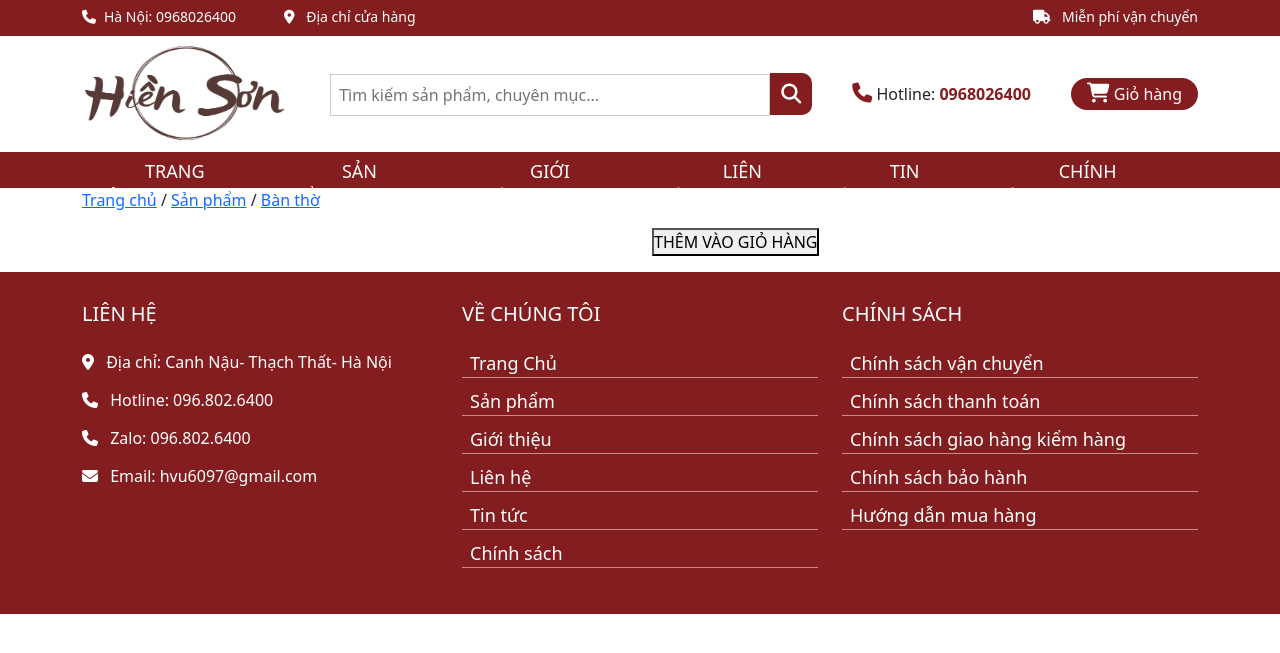
Repository: hoang28092000/do_go_hien_son
Page: product_details/ban_tho-g001.html
An editor plug-in stored every save of this project. The page is shown before and after a run of saves, followed by the edit.
The browser window is 1280 px wide. The pictures show the whole page.
Some web libraries are served in a nearby version.

Above is the page before, as saved 2024-08-10 18:31:23.

### product_details/ban_tho-g001.html
<!DOCTYPE html>
<html lang="en">
<head>
    <meta charset="UTF-8">
    <meta name="viewport" content="width=device-width, initial-scale=1.0">
    <link rel="stylesheet" href="../asset/style.css">
    <link rel="stylesheet" href="https://cdnjs.cloudflare.com/ajax/libs/font-awesome/6.6.0/css/all.min.css" integrity="sha512-Kc323vGBEqzTmouAECnVceyQqyqdsSiqLQISBL29aUW4U/M7pSPA/gEUZQqv1cwx4OnYxTxve5UMg5GT6L4JJg==" crossorigin="anonymous" referrerpolicy="no-referrer" />
    <link href="https://cdn.jsdelivr.net/npm/bootstrap@5.3.3/dist/css/bootstrap.min.css" rel="stylesheet" integrity="sha384-QWTKZyjpPEjISv5WaRU9OFeRpok6YctnYmDr5pNlyT2bRjXh0JMhjY6hW+ALEwIH" crossorigin="anonymous">
    <title>Bàn thờ gia tiên G001</title>
</head>
<body>
    <div id="header">
        <div class="top_header">
            <div class="container">
                <div class=" d-flex align-items-center justify-content-between pt-1">
                    <div class="d-flex">
                        <p class="mb-0 me-5"><a href="" class="txt-th">
                            <i class="fa-solid fa-phone icon-th pe-2"></i>Hà Nội: 0968026400
                        </a></p>
                        <p class="mb-0"><a href="" class="txt-th">
                            <i class="fa-solid fa-location-dot icon-th pe-2"></i>
                        Địa chỉ cửa hàng</a></p>
                    </div>
                    <p class="mb-0"><a href="" class="txt-th">
                        <i class="fa-solid fa-truck icon-th pe-2"></i>
                    Miễn phí vận chuyển</a></p>
                </div>
            </div>
        </div>
    </div>

        <div class="main_header py-2">
            <div class="container">
                <ul class="d-flex justify-content-between align-items-center ps-0 mb-0">
                    <li class="logo-hs">
                        <a href="../index.html"><img src="../asset/image/logo_1.png" class="logo-hd" alt=""></a>
                    </li>
                    <li class="search-hd">
                        <input type="text" class="input-search-hd" placeholder="Tìm kiếm sản phẩm, chuyên mục..."><i class="fa-solid fa-magnifying-glass icon-search_hd"></i>
                    </li>

                    <li class="contact-hd">
                        <i class="fa-solid fa-phone icon-hd "></i>
                        <span class="txt-hd">Hotline: <b style="color: #831d1f;">0968026400</b></span>
                    </li>

                    <li class="cart-hd">
                        <p class="mb-0 cart-list py-1 px-3">
                            <i class="fa-solid fa-cart-shopping icon-cart"></i><span class="txt-cart"> Giỏ hàng</span>
                        </p>
                    </li>
                </ul>
            </div>
        </div>

        <div class="bottom_header">
            <div class="container">
                <ul class="links d-flex justify-content-center align-items-center mb-0 ps-0">
                    <li class="link "><a href="../index.html" class="txt-link">TRANG CHỦ</a></li>
                    <li class="link"><a href="../website/product.html" class="txt-link">SẢN PHẨM</a></li>
                    <li class="link"><a href="../website/about-us.html" class="txt-link">GIỚI THIỆU</a></li>
                    <li class="link"><a href="../website/contact.html" class="txt-link">LIÊN HỆ</a></li>
                    <li class="link"><a href="../website/news.html" class="txt-link">TIN TỨC</a></li>
                    <li class="link"><a href="../website/policy.html" class="txt-link">CHÍNH SÁCH</a></li>
                 </ul>
            </div>
        </div>
    </div>
    <div class="main-product_details">
        <div class="container">
            <div class="links-product_details">
                <a href="" class="">Trang chủ</a>
                <span class="slash"> /</span>
                <a href="" class="">Sản phẩm</a>
                <span class="slash"> /</span>
                <a href="" class="">Bàn thờ</a>
            </div>

            <div class="card-p_details">
                <div class="row">
                    <div class="col-lg-6">
                        <img src="" alt="" class="img-p_details">
                    </div>
                    <div class="col-lg-6">
                        <div class="info-p_details">
                            <h3 class="name-P_details">

                            </h3>

                            <p class="desc-info-pd"></p>
                            <p class="evaluate">

                            </p>
                            <p class="price-pd"></p>
                            <div class="pay">
                                <button class="add_cart">THÊM VÀO GIỎ HÀNG</button>
                            </div>


                        </div>
                    </div>
                </div>
            </div>
        </div>
    </div>


    <div id="footer" class="mt-3">
        <div class="container">
            <div class="row">
                <div class="col-lg-4">
                    <h4 class="title-ft">LIÊN HỆ</h4>
                    <ul class="list-info">
                        <li>
                            <i class="fa-solid fa-location-dot icon-ft pe-2"></i>
                            <span class="txt-ft">Địa chỉ: Canh Nậu- Thạch Thất- Hà Nội</span>
                        </li>
                        <li>
                            <i class="fa-solid fa-phone icon-ft pe-2"></i>
                            <span class="txt-ft">Hotline: 096.802.6400</span>
                        </li>
                        <li>
                            <i class="fa-solid fa-phone icon-ft pe-2"></i>
                            <span class="txt-ft">Zalo: 096.802.6400    </span>
                        </li>
                        <li>
                            <i class="fa-solid fa-envelope icon-ft pe-2"></i>
                           <span class="txt-ft">Email: hvu6097@gmail.com</span>
                        </li>
                    </ul>
                </div>
                <div class="col-lg-4">
                    <h4 class="title-ft">
                        VỀ CHÚNG TÔI
                    </h4>
                    <ul class="list-links ps-0">
                        <li class="item-link"><a href="../index.html" class="link-ft">Trang Chủ </a></li>
                        <li class="item-link"><a href="../website/product.html" class="link-ft">Sản phẩm</a></li>
                        <li class="item-link"><a href="../website/about-us.html" class="link-ft">Giới thiệu</a></li>
                        <li class="item-link"><a href="../website/contact.html" class="link-ft">Liên hệ</a></li>
                        <li class="item-link"><a href="../website/news.html" class="link-ft">Tin tức</a></li>
                        <li class="item-link"><a href="../website/policy.html" class="link-ft">Chính sách</a></li>
                    </ul>
                </div>
                <div class="col-lg-4">
                    <h4 class="title-ft">
                       CHÍNH SÁCH
                    </h4>
                    <ul class="list-links ps-0">
                        <li class="item-link"><a href="../website/policy.html" class="link-ft">Chính sách vận chuyển </a></li>
                        <li class="item-link"><a href="../website/policy.html" class="link-ft">Chính sách thanh toán</a></li>
                        <li class="item-link"><a href="../website/policy.html" class="link-ft">Chính sách giao hàng kiểm hàng</a></li>
                        <li class="item-link"><a href="../website/policy.html" class="link-ft">Chính sách bảo hành</a></li>
                        <li class="item-link"><a href="../website/policy.html" class="link-ft">Hướng dẫn mua hàng</a></li>
                    </ul>
                </div>

            </div>
        </div>
    </div>
</body>
</html>

### asset/style.css
*{
    padding: 0px;
    margin: 0px ;
    box-sizing: border-box;
    list-style: none;
}

.top_header{
    height: 36px;
    background-color: #831d1f;
}

.top_header .txt-th{
    color: #fff;
    font-size: 14px;
    text-decoration: none;
    font-weight: 500;
}

.top_header .icon-th{
    color: #fff;
}
.top_header .txt-th:hover,
.top_header .icon-th:hover{
    opacity: 0.7;
}

.main_header .logo-hd{
    height: 100px;
    width: 208px;
}
.main_header .input-search-hd{
    font-size: 16px;
    color: #333;
    padding-left: 8px;
    width: 440px;
    height: 42px;
    border: 1px solid #ccc;
    outline: none;
}
.main_header .icon-search_hd{
    font-size: 20px;
    background-color: #831d1f;
    padding: 11px;
    color: #fff;
    border-radius: 0 10px 10px 0;
}
.main_header .icon-search_hd:hover{
    opacity: 0.7;
    cursor: pointer;
}
.main_header .contact-hd .icon-hd{
    font-size: 20px;
    color: #831d1f;
}
.cart-hd .cart-list{
    background-color: #831d1f;
    border-radius: 16px;
}
.cart-hd .txt-cart{
    font-size: 16px;
    font-weight: 500;
    color: #fff;
}
.cart-hd .icon-cart{
    font-size: 20px;
    color: #fff;
}
.cart-hd .cart-list:hover{
    opacity: 0.7;
    cursor: pointer;
}

.bottom_header{
    height: 36px;
    background-color: #831d1f;
}
.bottom_header .links{
    list-style: none;
    padding-top: 6px;
}

.links .txt-link{
    text-decoration: none;
    font-size: 18px;
    font-weight: 500;
    color: #fff;
    padding: 7px 63px 5px;
}
/* .links .txt-link:first-child{
    padding-left:0 ;

}
.links .txt-link:last-child{
    padding-right:0 ;
} */
.links .txt-link:hover{
    cursor: pointer;
    background-color: #bd7071;
}


/* Main*/
#main{
    padding: 20px 0;
}

.left-main .product_portfolio .txt_portfolio{
    font-size: 18px;
    font-weight: 600;
    padding: 4px 10px 4px 0;
    text-align: center;
    background-color: #831d1f;
    color: #fff;
}

.left-main .list_portfolio .items-product{
    border-bottom: 1px solid #ccc;
    padding: 10px 0 4px;
}

.left-main .list_portfolio .items-product:hover{
    background-color: #bd7071;
    color: #fff;
    cursor: pointer;
}
.left-main .list_portfolio .items-product:hover .txt-porduct {
    color: #fff;
}

.left-main .list_portfolio .txt-porduct{
    font-size: 18px;
    color: #333;
    text-decoration: none;
    padding-left: 4px;
    font-weight: 500;
}

/* right-main */

.right-main .first_news .txt-title{
    font-size: 32px;
    font-weight: 600;
    color: #fff;
    background-color: #831d1f;
    padding-left: 10px;

}
.right-main .first_news .hr-title{
    height: 3px;
    background-color: rgb(83, 19, 19);
}
.right-main .first_news .img-rm{
    height: 700px;
}

.right-main .first_news .title-news{
    font-size: 24px;
    font-weight: 500;
    color: #333;

}
.right-main .first_news .txt-bnews{
    font-size: 22px;
    font-weight: 500;
    color: #333;
}
.right-main .first_news .txt-news{
    font-size: 18px;
    color: 16px;
    padding-left: 40px;
    font-weight: 400;
}

.right-main .first_news  .btxt-news{
    font-size: 20px;
    font-weight: 400;
    color: #333;
    padding-left: 20px;
}


/* Main product */
#main .product .img-product{
    height: 412px;
}
#main .product{
    box-shadow: 0px 0px 5px 4px #ccc;
    padding-bottom: 20px;
}
.link-product{
    text-decoration: none;

}
.product .name-product{
    font-size: 18px;
    color: #333;
    font-weight: 500;
    text-align: center;

}
.product .sold-out{
    font-size: 16px;
    color: #757070;
    text-align: center;
}
.product .price-pr{
    font-size: 18px;
    font-weight: 500;
    color: #757070;
    text-decoration: line-through;
}
.product .price-promotion{
    font-size: 18px;
    font-weight: 500;
    color: #fff;
    background-color: #831d1f;
    border-radius: 20px;
    text-align: center;
    padding: 4px 10px;
}
.product .icon_cart-product{
    font-size: 20px;
    color: #831d1f;
    margin-left: 10px;
}

#main .relate_news .title_relate{
    font-size: 24px;
    color: #fff;
    background-color: #831d1f;
    padding: 8px 0 8px 8px;
}
.relate_news .link-relate{
    text-decoration: none;
}
.relate_news .card-relate{
    padding-bottom: 20px;
    box-shadow: 0px 0px 5px 4px #ccc;
}
.card-relate .img-relate{
    height: 229px;
}
.card-relate .info_relate{
    padding: 20px 20px 0 20px;
}
.card-relate .info_relate .h-relate{
    font: size 18px;
    color: #333;
    font-weight: 500;
}
.card-relate .info_relate .desc-relate{
    font-size: 16px;
    font-weight: 400;
    color: #333;
}




/* main about-us */
.main_about-us .title-as{
    font-size: 30px;
    font-weight: 600;
    color: #831d1f;
    text-align: center;
}
.main_about-us .hr-as{
    width: 200px;
    height: 4px;
    background-color: #831d1f;
    margin: 0 auto;
}
.main_about-us .heading-txt{
    font-size: 20px;
    font-weight: 500;
    color: #333;
}

.main_about-us .desc-as{
    font-size: 18px;
    color: #333;
    line-height: 1.8;
}


/* main contact */

.main-contact .title-contact{
    font-size: 30px;
    font-weight: 600;
    color: #831d1f;
    text-align: center;
}

.main-contact .my-info{
    box-shadow: 0px 0px 5px 4px #ccc;
    padding:  20px ;
    height: 437px;
}
.main-contact .my-info .logo-info{
    width: 100px;
    height: 100px;
    border: 2px double #831d1f;

}
.main-contact .my-info .icon-contact{
    font-size: 20px;
    color: #831d1f;
}

.main-contact .my-info .your-info{
    font-size: 22px;
    font-weight: 500;
    color: #831d1f;
    text-align: center;
}
.main-contact .my-info .txt-yi{
    font-size: 18px;
    color: #333;
    font-weight: 500;
}

.main-contact .my-info .input-yi{
    width: 100%;
    outline: none;
    border: 1px solid #ccc;
    padding : 4px 0 4px 6px;
}
.main-contact .text-contact{
    font-size: 18px;
    color: #831d1f;
    font-weight: 500;
    text-align: center;
}
.main-contact .btn-submit{
    border-radius: 10px;
    background-color: #831d1f;
    color: #fff;
    padding: 6px 30px;
    font-size: 18px;
}


/* main-news*/
.main-news .title-news{
    font-size: 24px;
    font-weight: 500;
    color: #831d1f;
    border-bottom: 5px solid #831d1f;
}
.main-news .img-news{
    height: 205px;
}

.main-news .link-news{
    text-decoration: none;
}

.main-news .card-news{
    height: 373px;
    border: 1px solid #ccc;
}

.main-news .link-news .info-news{
    padding: 0 8px;
}

.main-news .link-news .heading-news{
    font-size: 18px;
    font-weight: 500;
    color: #333;
    padding-top: 16px;
    margin-bottom: 0;
}
.main-news .link-news .desc-news{
    font-size: 16px;
    font-weight: 400;
    color: #333;
    margin-top: 4px;
    margin-bottom: 0;
}
.main-news .link-news .time-up{
    font-size: 12px;
    color: #757070;
    font-style: italic;
    padding: 10px 0 20px;
    float: right ;
}

/*main policy  */
.main-policy .title-policy{
    font: 30px;
    color: #831d1f;
    font-weight: 700;
    text-align: center;
    padding-top: 40px;
}
.main-policy .hr-policy{
    width: 200px;
    height: 4px;
    background-color: #831d1f;
    margin: 0 auto;
}
.main-policy .info-policy{
    margin-bottom: 32px;
}

.main-policy .heading-policy{
    font-size: 20px;
    color: #333;
    font-weight: 500;
}

.main-policy .txt-policy{
    padding-left: 20px;
}


/* main thiết kế phòng thờ hợp phong thủy */
.main-design_news .title-ds_news{
    font-size: 30px;
    font-weight: 700;
    color: #831d1f;
    margin-top: 30px;
    text-align: center;
}
.main-design_news .desc-news{
    font-size: 20px;
    color: #333;
    font-weight: 400;
    line-height: 1.7;
}
.main-design_news .img-news{
    height: 400px;
    width: 45%;
    padding: 10px 20px;
}
.main-design_news .desc-img{
    font-size: 16px;
    color: #423e3e;
    font-style: italic;
    text-align: center;
    padding-top: 20px;
}
.main-design_news .title_desc-news{
    font-size: 24px;
    font-weight: 600;
}

/* footer */
#footer{
    background-color: #831d1f;
    padding: 30px 0;
}
#footer .title-ft{
    font-size: 20px;
    font-weight: 500;
    color: #fff;
    margin-bottom: 24px;
}
#footer .list-info{
    padding-left: 0;
}
#footer .txt-ft ,
.icon-ft{
    color: #fff;
    font-size: 16px;
    font-weight: 400;
    padding-bottom: 18px;
}
#footer .list-links .link-ft{
    font-size: 18px;
    color: #fff;
    font-weight: 400;
    text-decoration: none;
    padding-left: 8px;
}
#footer .list-links .item-link{
    border-bottom: 1px solid #cc8b8b;
    margin-bottom: 10px;
}
#footer .list-links .item-link:hover{
    background-color: #bd7071;
    cursor: pointer;

}

After the next 2 saves:
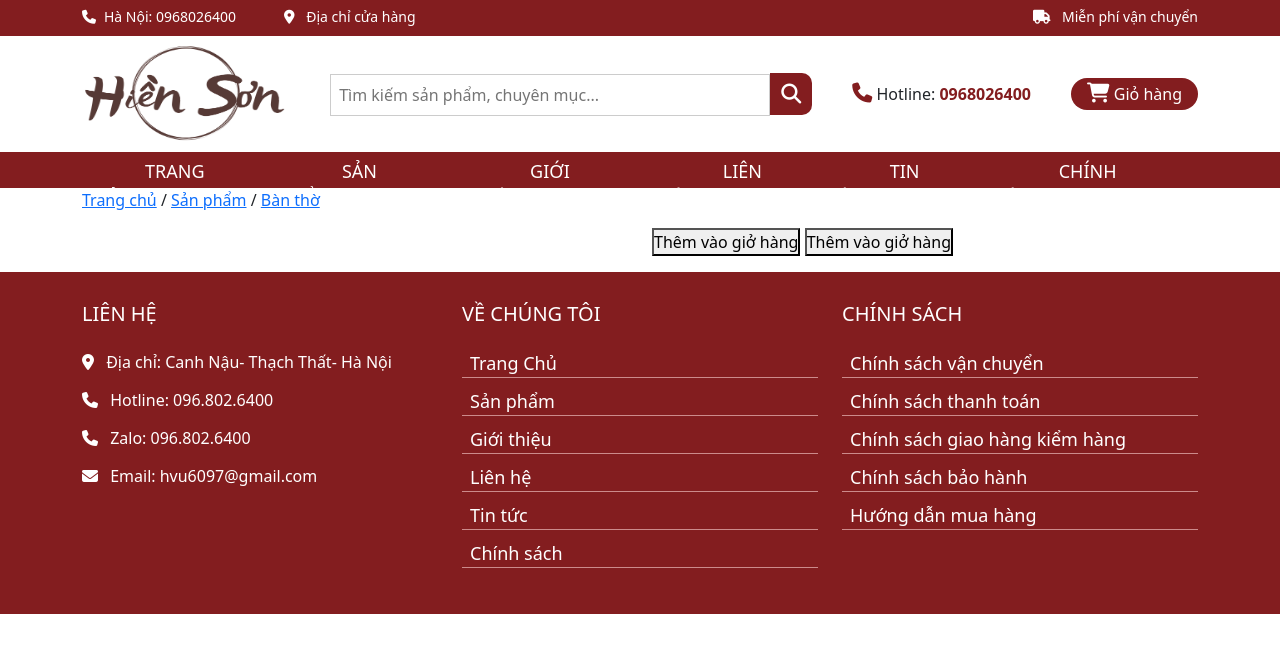
The 2 saves are shown as one change because they came seconds apart.
The last was saved 8 s later.
--- a/product_details/ban_tho-g001.html
+++ b/product_details/ban_tho-g001.html
@@ -93,7 +93,8 @@
                             </p>
                             <p class="price-pd"></p>
                             <div class="pay">
-                                <button class="add_cart">THÊM VÀO GIỎ HÀNG</button>
+                                <button class="add_cart">Thêm vào giở hàng</button>
+                                <button class="add_cart">Thêm vào giở hàng</button>
                             </div>
 
 
